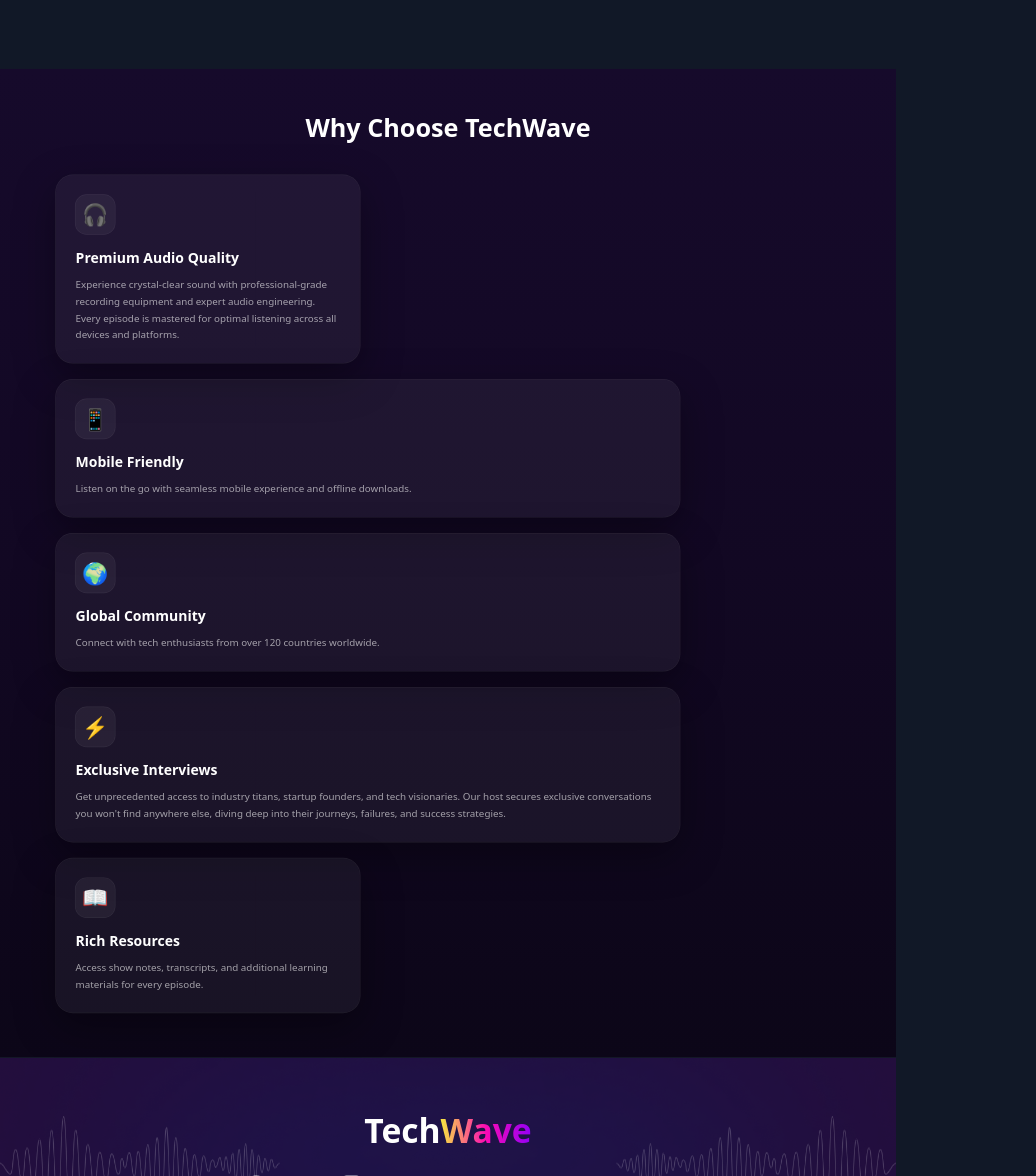
Repository: tanimtanzilislam/Assignment_2
Page: index.html
An editor plug-in stored every save of this project. The page is shown before and after the next save, followed by the edit.
The browser window is 1280 px wide. The page is 1480 px wide, so the pictures cover 1480 px, including what lies to the right of the window. The pictures show the part of the page from y = 1278 to 2958 px (the page is 3062 px tall before and 2550 px after), at 70% of full size.
Some web libraries are served in a nearby version.

Above is the page before, as saved 2026-03-04 01:41:12.

### index.html
<!DOCTYPE html>
<html lang="en">
<head>
    <meta charset="UTF-8">
    <meta name="viewport" content="width=device-width, initial-scale=1.0">
    <title>Assignment-2 | TechWave</title>
    <script src="https://cdn.tailwindcss.com"></script> <link rel="stylesheet" href="https://cdnjs.cloudflare.com/ajax/libs/font-awesome/6.5.0/css/all.min.css">
</head>
<body class="bg-gray-900 text-white font-sans">

    <nav class="bg-gray-800 border-b border-gray-700">
        <div class="max-w-7xl mx-auto px-4 sm:px-6 lg:px-8">
            <div class="flex justify-between items-center h-20">

                <div class="flex-shrink-0 cursor-pointer">
                    <span class="text-2xl font-bold text-white">Tech</span><span class="text-2xl font-bold bg-gradient-to-r from-[#F7E93F] via-[#FB09B4] to-[#9100F8] bg-clip-text text-transparent">Wave</span>
                </div>

                <div class="hidden md:flex space-x-8">
                    <a href="#" class="text-gray-300 hover:text-white transition">About</a>
                    <a href="#" class="text-gray-300 hover:text-white transition">Episodes</a>
                    <a href="#" class="text-gray-300 hover:text-white transition">Host</a>
                </div>

                <div>
                    <button type="button" class="px-6 py-2 bg-gradient-to-r from-[#F7E93F] via-[#FB09B4] to-[#9100F8] text-white font-semibold rounded-xl hover:opacity-90 transition shadow-lg">
                        Subscribe
                    </button>
                </div>

            </div>
        </div>
    </nav>

    <section class="relative w-full min-h-[600px] flex items-center justify-center bg-[url('assets/hero-bg.png')] bg-cover bg-center py-20 px-4">

        <div class="absolute inset-0 bg-gray-900/60 z-0"></div>

        <div class="relative z-10 flex flex-col items-center text-center max-w-3xl mx-auto">

            <div class="relative w-32 h-32 mb-6">
                <img src="assets/hero-circle.png" alt="" class="absolute inset-0 w-full h-full object-contain animate-pulse">
                <img src="assets/microphone.png" alt="Microphone" class="absolute inset-0 w-full h-full object-contain">
            </div>

            <h1 class="text-5xl md:text-7xl font-extrabold text-white mb-6 tracking-tight">
                Techwave
            </h1>
            <p class="text-lg md:text-xl text-gray-300 mb-10 max-w-2xl">
                Your daily dose of tech insights, productivity hacks, and personal growth.
            </p>

            <div class="flex flex-col sm:flex-row gap-5 items-center justify-center w-full">

                <button type="button" class="flex items-center justify-center gap-2 px-8 py-3.5 text-white font-semibold bg-gradient-to-r from-[#F7E93F] via-[#FB09B4] to-[#9100F8] rounded-full hover:opacity-90 transition shadow-lg w-full sm:w-auto">
                    <i class="fa-brands fa-spotify text-xl" aria-hidden="true"></i> Listen on Spotify
                </button>

                <a href="#" class="flex items-center justify-center gap-3 rounded-full px-8 py-3.5 text-sm font-semibold text-emerald-300 bg-black/40 ring-1 ring-emerald-300/80 shadow-[0_0_0_1px_rgba(110,231,183,0.25),0_12px_30px_rgba(16,185,129,0.12)] backdrop-blur-md transition hover:bg-black/60 hover:ring-emerald-200 active:scale-[0.98] w-full sm:w-auto">
                    <span class="text-lg">✉️</span>
                    <span>Subscribe to Newsletter</span>
                </a>

            </div>
        </div>
    </section>

    <section class="max-w-[1600px] w-full h-[646px] mx-auto mr-[200px] ml-[200px]">
        <div class="text-5xl font-medium mt-[50px] mb-[16px] mr-[200px] ml-[200px] text-center">
            About the Podcast
        </div>
        <p class="text-center mb-[20px]">TechWave is your go-to podcast for staying ahead in the fast-paced world of technology.
We break down complex topics into digestible insights, explore productivity strategies that actually work,
and share stories of personal growth from industry leaders.
</p>

<p  class="text-center mb-[160px]">Join thousands of young professionals and tech enthusiasts who start their day with TechWave.</p>

    <div class="flex gap-[80px] justify-center">

        <div >
        <div class="   text-4xl font-extrabold text-[#00FF88]  ">150K+</div>
         <p>Monthly Listeners</p>
         </div>

         <div >
         <div class="text-4xl font-extrabold text-[#00FF88] ">150K+</div>
         <p>Episodes Published</p>
         </div>

          <div >
         <div class="text-4xl font-extrabold text-[#00FF88] ">150K+</div>
         <p>Average Rating</p>
         </div>

         <div class="flex flex-col">
         <div class="text-4xl font-extrabold text-[#00FF88] ">150K+</div>
         <p>Industry Experts</p>
         </div>

    </div>
    </section>


<!--  flex box -->
    <section class="relative overflow-hidden bg-gradient-to-b from-[#160a2b] via-[#120823] to-[#0c0618] py-16">

    <!-- overflow-hidden dile vitorer content boro hole  seta kete jabe ba dekha jabe na -->
     <!-- py-16 mane holo upore niche 16px padding dewa -->
      <div class="mx-auto max-w-6xl px-4">
    <!-- Heading -->
    <div class="">
      <!-- <div class="mx-auto mb-4 h-1 w-10 rounded-full bg-[#00FF88]/80"></div> -->
      <!-- max-auto element nijeke center e nei. justify-center parent er moddhe thaka child gulake center e nibe jodi traa flex/grid e thake -->
      <!-- h-1 ar w-10 diye rounded full dewa hoise tay capsule shape hoise -->
       <!-- opacity 80 mane full solid na 80% solid  20 transparent -->
      <h2 class="text-3xl text-center font-extrabold text-white sm:text-4xl">Why Choose TechWave</h2>
      <!-- <div class="mx-auto mt-4 h-1 w-10 rounded-full bg-[#ff4fd8]/80"></div> -->
    </div>

    <!-- Grid (mobile: 1 col, md+: 12 col) -->
    <div class="mt-12 grid grid-cols-1 gap-6 md:grid-cols-10">
      <!-- mt-12 mane top theke margin 12 -->
      <!-- Left Tall Card -->
      <div class="rounded-3xl bg-white/5 p-7 shadow-[0_20px_60px_rgba(0,0,0,0.35)] ring-1 ring-white/10 md:col-span-4 md:row-span-2">
        <div class="mb-5 flex h-14 w-14 items-center justify-center rounded-2xl bg-white/5 ring-1 ring-white/10">
          <span class="text-3xl">🎧</span>
        </div>
        <h3 class="text-xl font-bold text-white">Premium Audio Quality</h3>
        <p class="mt-3 text-sm leading-6 text-white/60">
          Experience crystal-clear sound with professional-grade recording equipment and expert audio engineering.
          Every episode is mastered for optimal listening across all devices and platforms.
        </p>
      </div>

      <!-- Right Top Card -->
      <div class="rounded-3xl bg-white/5 p-7 shadow-[0_20px_60px_rgba(0,0,0,0.35)] ring-1 ring-white/10 md:col-span-8">
        <div class="mb-5 flex h-14 w-14 items-center justify-center rounded-2xl bg-white/5 ring-1 ring-white/10">
          <span class="text-3xl">📱</span>
        </div>
        <h3 class="text-xl font-bold text-white">Mobile Friendly</h3>
        <p class="mt-3 text-sm leading-6 text-white/60">
          Listen on the go with seamless mobile experience and offline downloads.
        </p>
      </div>

      <!-- Right Middle Card -->
      <div class="rounded-3xl bg-white/5 p-7 shadow-[0_20px_60px_rgba(0,0,0,0.35)] ring-1 ring-white/10 md:col-span-8">
        <div class="mb-5 flex h-14 w-14 items-center justify-center rounded-2xl bg-white/5 ring-1 ring-white/10">
          <span class="text-3xl">🌍</span>
        </div>
        <h3 class="text-xl font-bold text-white">Global Community</h3>
        <p class="mt-3 text-sm leading-6 text-white/60">
          Connect with tech enthusiasts from over 120 countries worldwide.
        </p>
      </div>

      <!-- Bottom Left Wide Card -->
      <div class="rounded-3xl bg-white/5 p-7 shadow-[0_20px_60px_rgba(0,0,0,0.35)] ring-1 ring-white/10 md:col-span-8">
        <div class="mb-5 flex h-14 w-14 items-center justify-center rounded-2xl bg-white/5 ring-1 ring-white/10">
          <span class="text-3xl">⚡</span>
        </div>
        <h3 class="text-xl font-bold text-white">Exclusive Interviews</h3>
        <p class="mt-3 text-sm leading-6 text-white/60">
          Get unprecedented access to industry titans, startup founders, and tech visionaries. Our host secures
          exclusive conversations you won't find anywhere else, diving deep into their journeys, failures, and
          success strategies.
        </p>
    </div>

      <!-- Bottom Right Small Card -->
      <div class="rounded-3xl bg-white/5 p-7 shadow-[0_20px_60px_rgba(0,0,0,0.35)] ring-1 ring-white/10 md:col-span-4">
        <div class="mb-5 flex h-14 w-14 items-center justify-center rounded-2xl bg-white/5 ring-1 ring-white/10">
          <span class="text-3xl">📖</span>
        </div>
        <h3 class="text-xl font-bold text-white">Rich Resources</h3>
        <p class="mt-3 text-sm leading-6 text-white/60">
          Access show notes, transcripts, and additional learning materials for every episode.
        </p>
      </div>
    </div>
  </div>
</section>
    <!-- max-w-[1600px] w-full ekssathe use korse cz w-full small screen a used hbe full screen width nibe. ar max-w-[1600 ] boro screen e  max 1600px nibe -->
     <!-- mx-auto: left ar right e auto margin nibe  -->




    <footer class="bg-gray-950 bg-[url('assets/footer-bg.png')] bg-cover bg-center py-20 border-t border-gray-800">
        <div class="max-w-7xl mx-auto px-4 flex flex-col items-center">
            <!-- bg-cover: bg image full footer area cover korbe
             bg-center: bg image center theke align hbe footer er
             py-20: top bottom 20*4=80px jaiga rakhbe vitore
             borer-t: footer er upore ekta border dei top er dike
             border-gray-800: top border er color

             -->

            <div class="text-center mb-10">
                <span class="text-4xl md:text-5xl font-bold text-white">Tech</span><span class="text-4xl md:text-5xl font-bold bg-gradient-to-r from-[#F7E93F] via-[#FB09B4] to-[#9100F8] bg-clip-text text-transparent">Wave</span>
            </div>

            <!-- bg-clip-text: bg ke text er sathe soman size e clip koresi
                text-transparent: text er color transparent koresi jate bg er color ta text er moddhe dekha jai
              -->

            <div class="flex flex-wrap justify-center gap-8 md:gap-12">
                <!-- flex-wrap: dile jodi jaiga na thake taile element gula niche neme jabe
                 justify-center: x axis borabor shob element ke center e nibe
                  -->
                <a  class="flex justify-center gap-3 group hover:-translate-y-1 transition-transform">

                    <!-- group hover dewa hoi parent a thaka element gula eksathe hover hbe
                         -translate-y-1 dewa hoi cz uporer dike 1=0.25rem=4px upore uthbe -->

                    <!-- justify-center: x axix borabor center kore
                     items-center:  y axis borabor center kore
                     ekhne icon+ image y axis borabor same houa drkar tai eta dise-->

                     <!-- transition-transform na dile hover er somoy onk fast uthe darabe, dile aste darabe -->

                    <img src="assets/spotify.png" alt="Spotify" class="w-6 h-6 object-contain">

                    <!-- object-contain: image kata jabena.full image dekha jabe -->
                    <span class="text-gray-400 group-hover:text-white font-medium">Spotify</span>
                </a>
                <a  class="flex items-center gap-3 group hover:-translate-y-1 transition-transform">
                    <img src="assets/apple-podcast.png" alt="Apple Podcasts" class="w-6 h-6 object-contain">
                    <span class="text-gray-400 group-hover:text-white font-medium">Apple Podcasts</span>
                </a>
                <a  class="flex items-center gap-3 group hover:-translate-y-1 transition-transform">
                    <img src="assets/youtube.png" alt="YouTube" class="w-6 h-6 object-contain">
                    <span class="text-gray-400 group-hover:text-white font-medium">YouTube</span>
                </a>
                <a class="flex items-center gap-3 group hover:-translate-y-1 transition-transform">
                    <img src="assets/twitter.png" alt="Twitter" class="w-6 h-6 object-contain">
                    <span class="text-gray-400 group-hover:text-white font-medium">Twitter</span>
                </a>
            </div>

        </div>
    </footer>

</body>
</html>

After the next save:
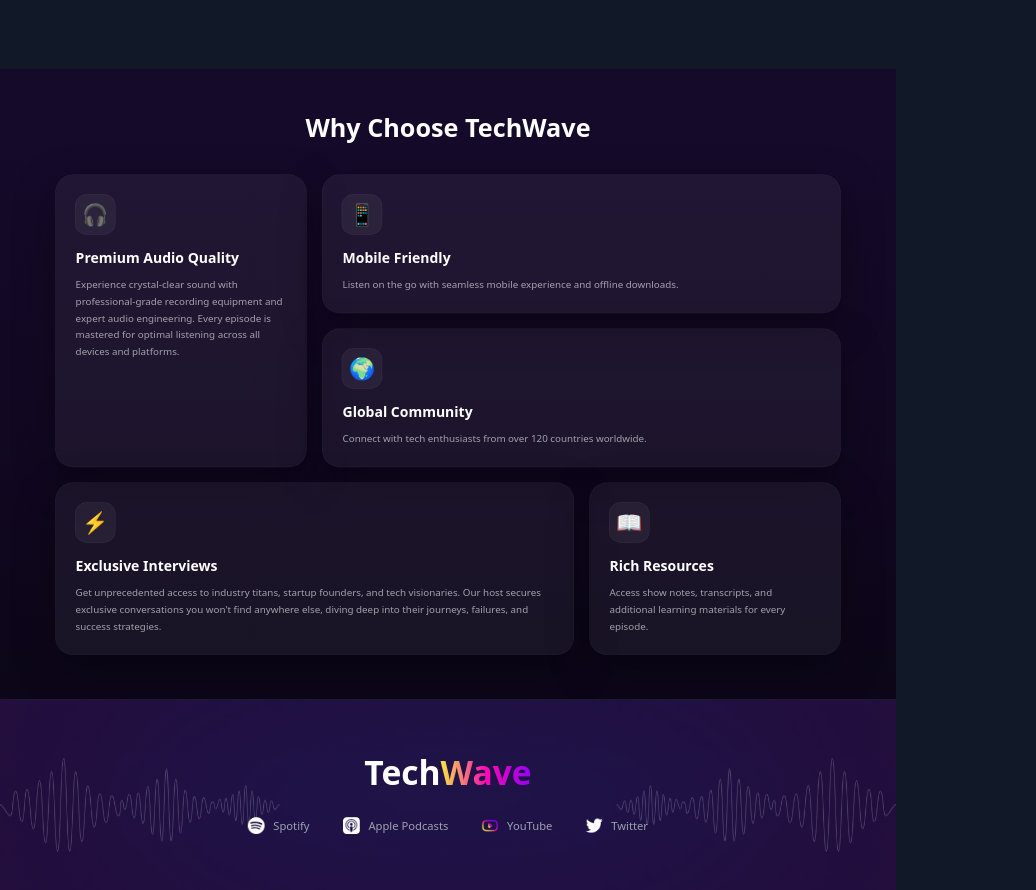
Saved 7 s later.
--- a/index.html
+++ b/index.html
@@ -119,7 +119,7 @@ and share stories of personal growth from industry leaders.
     </div>
 
     <!-- Grid (mobile: 1 col, md+: 12 col) -->
-    <div class="mt-12 grid grid-cols-1 gap-6 md:grid-cols-10">
+    <div class="mt-12 grid grid-cols-1 gap-6 md:grid-cols-12">
       <!-- mt-12 mane top theke margin 12 -->
       <!-- Left Tall Card -->
       <div class="rounded-3xl bg-white/5 p-7 shadow-[0_20px_60px_rgba(0,0,0,0.35)] ring-1 ring-white/10 md:col-span-4 md:row-span-2">
